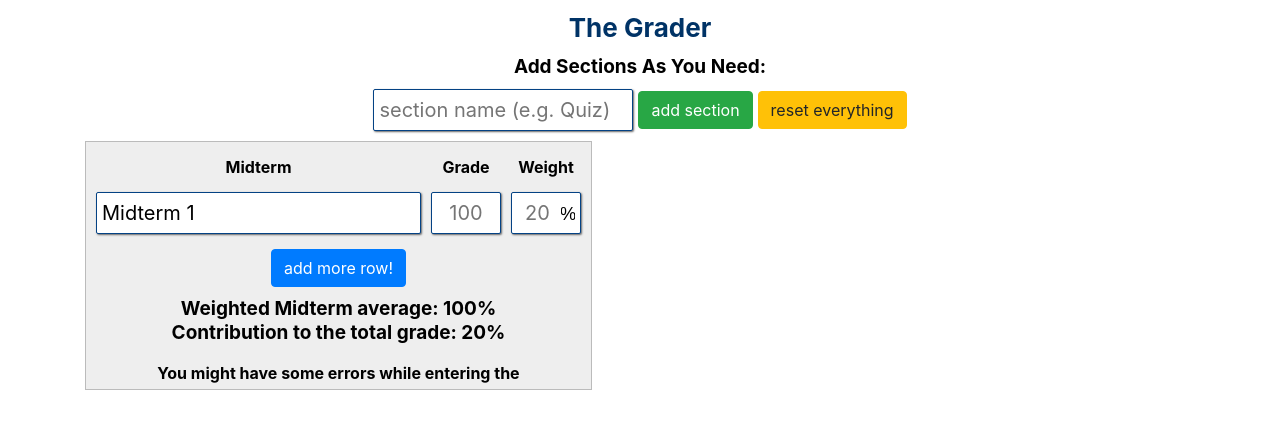
Repository: BarishNamazov/BarishNamazov.github.io
Page: thegrader/index.html
An editor plug-in stored every save of this project. The page is shown before and after the next save, followed by the edit.
The browser window is 1280 px wide. The pictures show the whole page.

Above is the page before, as saved 2020-10-31 18:57:47.

After the next save:
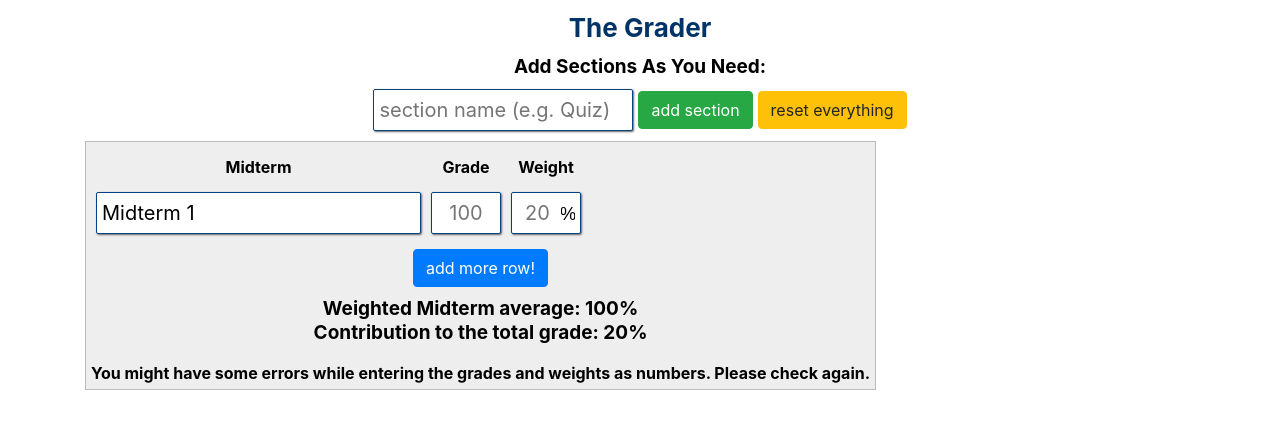
Saved 17 s later.
--- a/thegrader/index.html
+++ b/thegrader/index.html
@@ -53,7 +53,7 @@
                       <br>
                       Contribution to the total grade: <span class="sectionContribution">20</span>%
                       <div class="failSafe" display="none">
-                        <br> You might have some errors while entering the
+                        <br> You might have some errors while entering the grades and weights as numbers. Please check again.
                       </div>
                     </h3>
 
